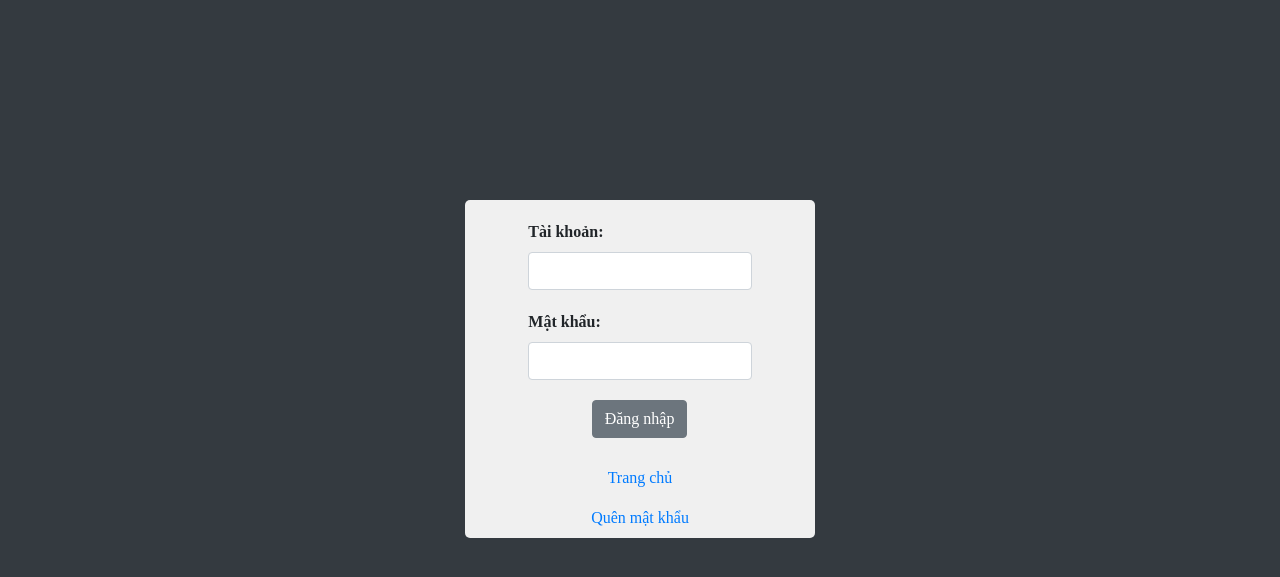
Repository: cuongnh2k/phimmoi
Page: http://localhost/phimmoi/Login.jsp
An editor plug-in stored every save of this project. The page is shown before and after the next save, followed by the edit.
The browser window is 1280 px wide. The pictures show the whole page.
Some web fonts or font styles are not loaded; a fallback is used. The page is served by Tomcat 9. Nobody is signed in. The application's start-up code is not run.

Above is the page before, as saved 2021-08-23 03:00:43.

After the next save:
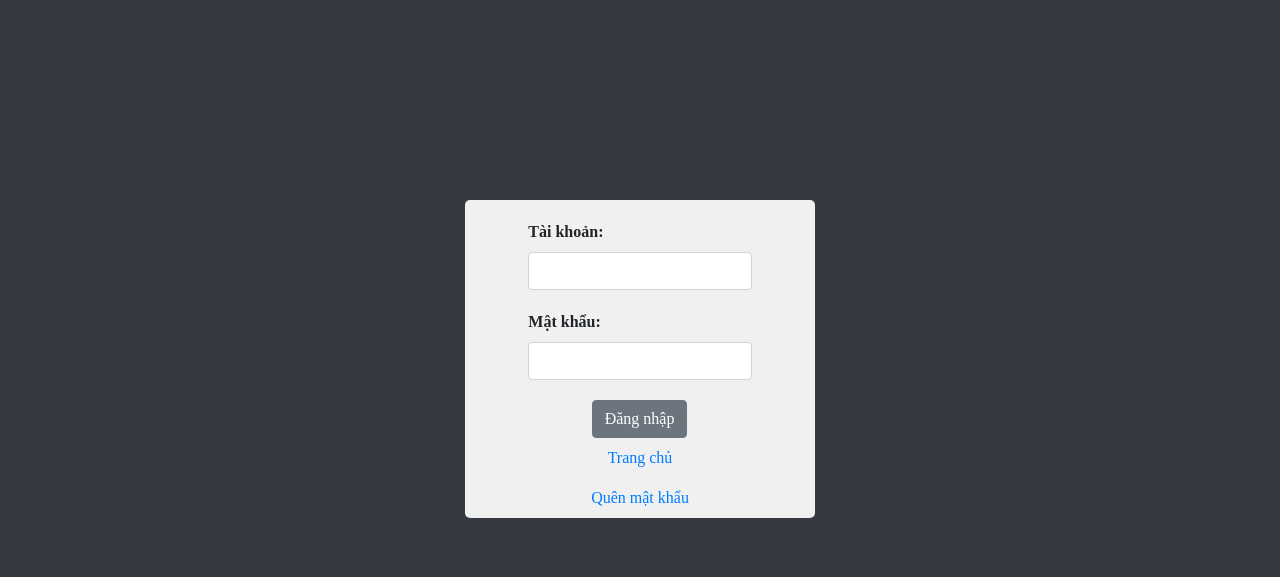
Saved 15 s later.
--- a/phimmoi/src/main/webapp/Login.jsp
+++ b/phimmoi/src/main/webapp/Login.jsp
@@ -94,7 +94,7 @@
 					<input type="submit" value="Đăng nhập" class="btn btn-secondary">
 				</div>
 				<div class="col-4"></div>
-				<div class="col-12 text-center" style="margin-top: 20px;">
+				<div class="col-12 text-center" >
 					<a href="home" class="text-center nav-link">Trang chủ</a>
 				</div>
 				<div class="col-12 text-center" margin-bottom: 20px;">

After the save that followed:
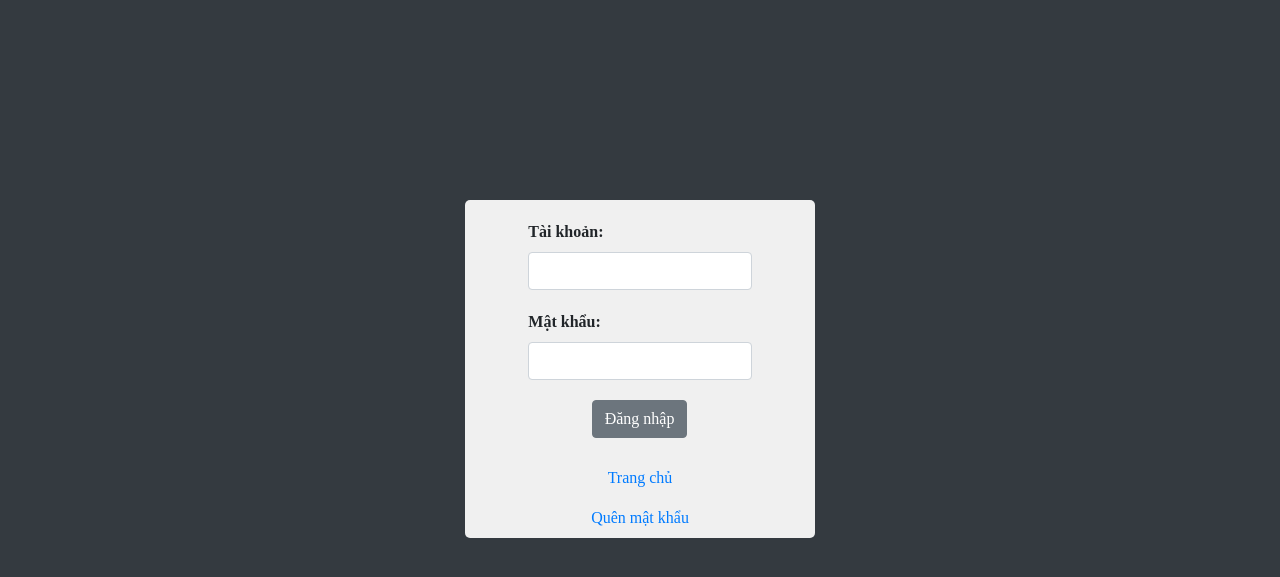
Saved 11 s later.
--- a/phimmoi/src/main/webapp/Login.jsp
+++ b/phimmoi/src/main/webapp/Login.jsp
@@ -94,7 +94,7 @@
 					<input type="submit" value="Đăng nhập" class="btn btn-secondary">
 				</div>
 				<div class="col-4"></div>
-				<div class="col-12 text-center" >
+				<div class="col-12 text-center" style="margin-top: 20px;">
 					<a href="home" class="text-center nav-link">Trang chủ</a>
 				</div>
 				<div class="col-12 text-center" margin-bottom: 20px;">
